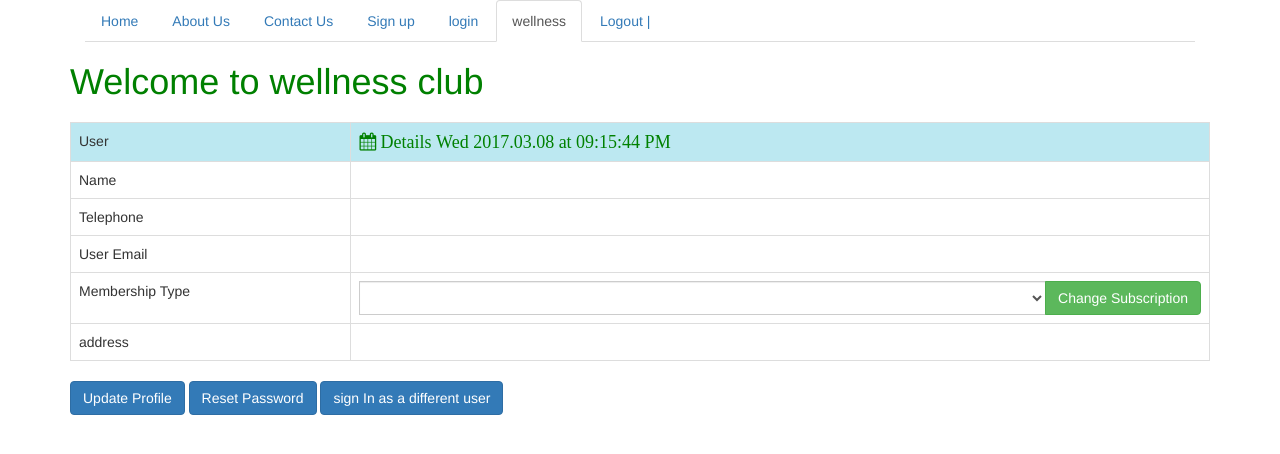
Repository: tonypaolucci/hibernate_lab
Page: http://localhost/wellness/WEB-INF/views/wellness.jsp
The author's editor kept a copy of each file at every save. The page is drawn from the files as they stood at one save, then again after the next save.
The browser window is 1280 px wide. The pictures show the whole page.
Some web libraries are served in a nearby version. The page is served by Tomcat 9. Nobody is signed in. Other server files are loaded and not shown. The template is opened directly, without the code that normally fills it, so the values that code supplies are empty.

Above is the page before, as saved 2017-03-09 01:25:27.
Console error (its wording comes from the project's code and is left out).

### wellnessClub/src/main/java/com/wellness/src/main/webapp/WEB-INF/views/wellness.jsp
<%@ page language="java" contentType="text/html; charset=UTF-8"
         pageEncoding="UTF-8" %>
<%@ taglib uri="http://java.sun.com/jsp/jstl/core" prefix="c" %>
<%@ taglib prefix="fmt" uri="http://java.sun.com/jsp/jstl/fmt" %>
<%@ page import="java.text.NumberFormat" %>
<%@ taglib uri="http://java.sun.com/jsp/jstl/functions" prefix="fn" %>
<%@ page import="java.io.*,java.util.*" %>
<%java.text.DateFormat date = new java.text.SimpleDateFormat("E yyyy.MM.dd 'at' hh:mm:ss a "); %>

<!DOCTYPE html>
<html lang="en">
  <head>
    <meta charset="utf-8">
    <meta http-equiv="X-UA-Compatible" content="IE=edge">
    <meta name="viewport" content="width=device-width, initial-scale=1">
    <title>Title</title>
    <link rel="stylesheet" href="https://maxcdn.bootstrapcdn.com/bootstrap/3.3.7/css/bootstrap.min.css">
	<link rel="stylesheet" href="https://cdnjs.cloudflare.com/ajax/libs/font-awesome/4.6.3/css/font-awesome.min.css">
    <script>
    window.history.forward();
    </script>

  </head>
  <body>
	<header>
			<div class="navigation">
				<div class="container">
					<div class="navbar-header">
						<button type="button" class="navbar-toggle collapsed" data-toggle="collapse" data-target=".navbar-collapse.collapse">
							<span class="sr-only">Toggle navigation</span>
							<span class="icon-bar"></span>
							<span class="icon-bar"></span>
							<span class="icon-bar"></span>
						</button>
					</div>

					<div class="navbar-collapse collapse">
						<div class="menu">
							<ul class="nav nav-tabs" role="tablist">
								<li ><a href="index">Home</a></li>
								<li><a href="about">About Us</a></li>
								<li><a href="contact">Contact Us</a></li>
								<li><a href="signups">Sign up</a></li>
								<li><a href="login">login</a></li>
								<li class="active"><a href="">wellness</a></li>
								<li><a href="index">Logout | ${user}</a></li>
							</ul>
						</div>
					</div>
				</div>
			</div>
	</header>

	<div class="container">

			<div>
				<h1 style="color: #008000">Welcome to wellness club </h1>
				<p style="color: #008000">${msg} </p>
				<h2 style="color: #008000">${message}</h2>
				<h2 style="color: #008000">${success} </h2>
				<h2 style="color: #FF0000">${error} </h2>
				<h2 style="color: #FF0000">${email} </h2>

			</div>
		<div>
		<table class="table table-hover table-bordered">
						<tr style="background-color: #bce8f1;">
                    	 	<td>

					           User

						     </td>
						     <td>

						     <span class="fa fa-calendar" style="font-size:18px;color:green; padding-top: 2px;">
					         Details <%= date.format(new java.util.Date()) %>
					         </span>

						      </td>
                    	 </tr>
                    	 <tr>
                    	    <td>Name </td> <td><c:out value="${attribs.fname}"/> <c:out value="${attribs.lname}"/></td>
                    	 </tr>
                    	 <tr>
                    	    <td>Telephone</td> <td><c:out value="${attribs.tel}"/></td>
                    	 </tr>
                    	 <tr>
                    	 	<td>User Email  </td><td><c:out value="${attribs.emailAddress}"/></td>
                    	 </tr>
                    	 <tr>
                    	    <td>
                    	    Membership Type
                    	    </td>
	                    	    <td>
	                    	           <form action="changeSubscriptionType">
										    <div class="input-group add-on">
										      <input type="hidden" name="id" value="${attribs.id}"/>
										      <select name="subscription" id="subscription" class="form-control input">
										      	  <option value="Life Time Membership">Life Time Membership $400</option>
                                                  <option value="Anual Subscription" >Annual Subscription $100</option>
                                                  <option value="Monthly Subscription" >Monthly Subscription $35</option>
                                                  <option value="" selected>${attribs.subscription}</option>
                                             </select>
										      <div class="input-group-btn">
										         <button class="btn btn-success" type="submit"  title="assign roles">Change Subscription</button>
										      </div>
										    </div>
									 </form>

                    	    </td>
                    	 </tr>
                    	 <tr>
                    	    <td>address </td> <td><c:out value="${attribs.address}"/> <c:out value="${attribs.city}"/> <c:out value="${attribs.state}"/> <c:out value="${attribs.zip}"/></td>
                    	 </tr>

    		  </table>
    		  <a class="btn btn-primary"  href="userEdits?id=<c:out value='${attribs.id}'/>"> Update Profile</a>
			  <a class="btn btn-primary" href="resetpassword">Reset Password</a>
			  <a class="btn btn-primary" href="login">sign In as a different user</a>
		</div>
	</div>



	<div class="container">

		</div>

  </body>
   <script src="https://maxcdn.bootstrapcdn.com/bootstrap/3.3.7/js/bootstrap.min.js"></script>
 	 <script src="https://ajax.googleapis.com/ajax/libs/jquery/3.1.1/jquery.min.js"></script>

 	 <!-- <script>

 	$("#submit").on("click",function(){

 		 var numeric =/^-{0,1}\d*\.{0,1}\d+$/;
 	     var validemails = /^\w+([\.-]?\w+)*@\w+([\.-]?\w+)*(\.\w{2,3})+$/;

		 	   $("#eln").html('Last Name');
		 	   $('#eln').css('color', '#000000');

		 	   $("#efn").html('First Name');
			   $('#efn').css('color', '#000000');

			   $("#ead").html('Address ');
			   $('#ead').css('color', '#000000');

			   $("#etl").html('Job Title ');
			   $('#etl').css('color', '#000000');

			   $("#eem").html('Email');
			   $('#eem').css('color', '#000000');

			   $("#eag").html('Age');
			   $('#eag').css('color', '#000000');

			   $("#etel").html('Telephone.');
			   $('#etel').css('color', '#000000');


 				if ($.trim($("#ln").val())==="") {
 					$("#eln").html('Last Name Required');
 					$('#eln').css('color', '#FF0000');
 			        $("#ln").focus();
 			        return false;
 			    }

 				if ($.trim($("#fn").val())=="") {
 					$("#efn").html('First Name required');
 					$('#efn').css('color', '#FF0000');
 			        $("#fn").focus();
 			        return false;
 			    }

 				if ($.trim($("#ad").val())=="") {
 					$("#ead").html('Address Required');
 					$('#ead').css('color', '#FF0000');
 			        $("#ad").focus();
 			        return false;
 			    }

 				if ($.trim($("#tl").val())=="") {
 					$("#etl").html('Title Required');
 					$('#etl').css('color', '#FF0000');
 			        $("#tl").focus();
 			        return false;
 			    }

 				if ($.trim($("#tel").val())==0 || !($.trim($("#tel").val().match(numeric)))) {
 					$("#etel").html('Numbers only for Tel.');
 					$('#etel').css('color', '#FF0000');
 			        $("#tel").focus();
 			        return false;
 			    }

 				if (!($.trim($("#em").val().match(validemails)))) {
 					$("#eem").html('Email required');
 					$('#eem').css('color', '#FF0000');
 			        $("#em").focus();
 			        return false;
 			    }

 				if (!($.trim($("#ag").val().match(numeric))) ) {
 					$("#eag").html('Enter Age');
 					$('#eag').css('color', '#FF0000');
 			        $("#ag").focus();
 			        return false;
 			    }

 				if ($.trim($("#ag").val()) < 21 && $.trim($("#ag").val()) > 65 ) {
 					$("#eag").html('Must be between 21 and 65');
 					$('#eag').css('color', '#FF0000');
 			        $("#ag").focus();
 			        return false;
 			    }

 			});



 	 </script>
 	  -->

</html>

After the next save:
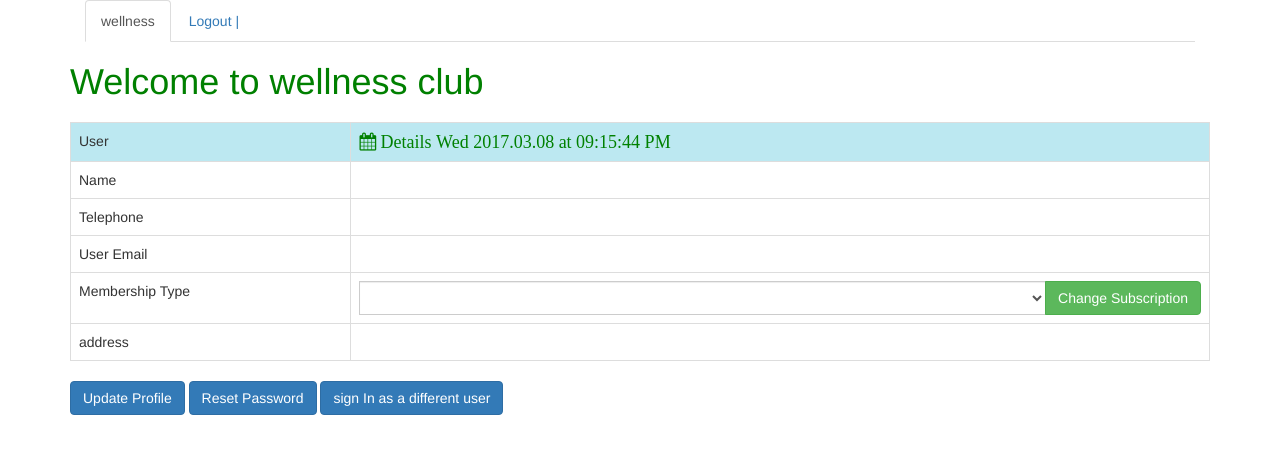
Saved 21 h 10 min later.
--- a/wellnessClub/src/main/java/com/wellness/src/main/webapp/WEB-INF/views/wellness.jsp
+++ b/wellnessClub/src/main/java/com/wellness/src/main/webapp/WEB-INF/views/wellness.jsp
@@ -37,11 +37,11 @@
 					<div class="navbar-collapse collapse">
 						<div class="menu">
 							<ul class="nav nav-tabs" role="tablist">
-								<li ><a href="index">Home</a></li>
-								<li><a href="about">About Us</a></li>
-								<li><a href="contact">Contact Us</a></li>
-								<li><a href="signups">Sign up</a></li>
-								<li><a href="login">login</a></li>
+<!-- 								<li ><a href="index">Home</a></li> -->
+<!-- 								<li><a href="about">About Us</a></li>																 -->
+<!-- 								<li><a href="contact">Contact Us</a></li>	 -->
+<!-- 								<li><a href="signups">Sign up</a></li> -->
+<!-- 								<li><a href="login">login</a></li>	 -->
 								<li class="active"><a href="">wellness</a></li>
 								<li><a href="index">Logout | ${user}</a></li>
 							</ul>
